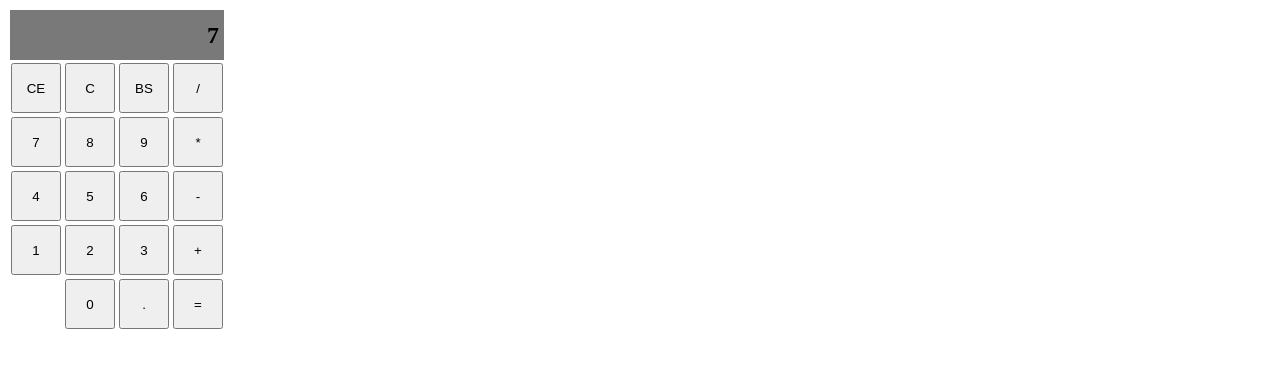
Repository: Doyoung-Park/JSP_Servlet
Page: http://localhost/JSPPrj/calculator.jsp
The author's editor kept a copy of each file at every save. The page is drawn from the files as they stood at one save, then again after the next save.
The browser window is 1280 px wide. The pictures show the whole page.
The page is served by Tomcat 9. Nobody is signed in. The application's start-up code is not run. Other server files are loaded and not shown.

Above is the page before, as saved 2022-01-20 05:14:15.

### workspace/JSPPrj/src/main/webapp/calculator.jsp
<!DOCTYPE html>
<html>
<head>
<meta charset="UTF-8">
<title>Insert title here</title>
<style>
input{
	width:50px;
	height:50px;
}
.output{
	height:50px;
	background:#797979;
	font-size:24px;
	font-weight:bold;
	text-align:right;
	padding: 0px 5px;
}
</style>
</head>
<body>
	<div>
		<form action="calc3" method="post">

		 	<table>
		 		<tr>
		 			<td class="output" colspan="4">${3+4}</td>
		 		</tr>
		 		<tr>
		 			<td><input type="submit" name="operator" value="CE"/></td>
		 			<td><input type="submit" name="operator" value="C"/></td>
		 			<td><input type="submit" name="operator" value="BS"/></td>
		 			<td><input type="submit" name="operator" value="/"/></td>
		 		</tr>
		 		<tr>
		 			<td><input type="submit" name="value" value="7"/></td>
		 			<td><input type="submit" name="value" value="8"/></td>
		 			<td><input type="submit" name="value" value="9"/></td>
		 			<td><input type="submit" name="operator" value="*"/></td>
		 		</tr>
		 		<tr>
		 			<td><input type="submit" name="value" value="4"/></td>
		 			<td><input type="submit" name="value" value="5"/></td>
		 			<td><input type="submit" name="value" value="6"/></td>
		 			<td><input type="submit" name="operator" value="-"/></td>
		 		</tr>
		 		<tr>
		 			<td><input type="submit" name="value" value="1"/></td>
		 			<td><input type="submit" name="value" value="2"/></td>
		 			<td><input type="submit" name="value" value="3"/></td>
		 			<td><input type="submit" name="operator" value="+"/></td>
		 		</tr>
		 		<tr>
		 			<td></td>
		 			<td><input type="submit" name="value" value="0"/></td>
		 			<td><input type="submit" name="dot" value="."/></td>
		 			<td><input type="submit" name="operator" value="="/></td>

		 		</tr>
		 	</table>

		 </form>
	</div>

</body>
</html>

After the next save:
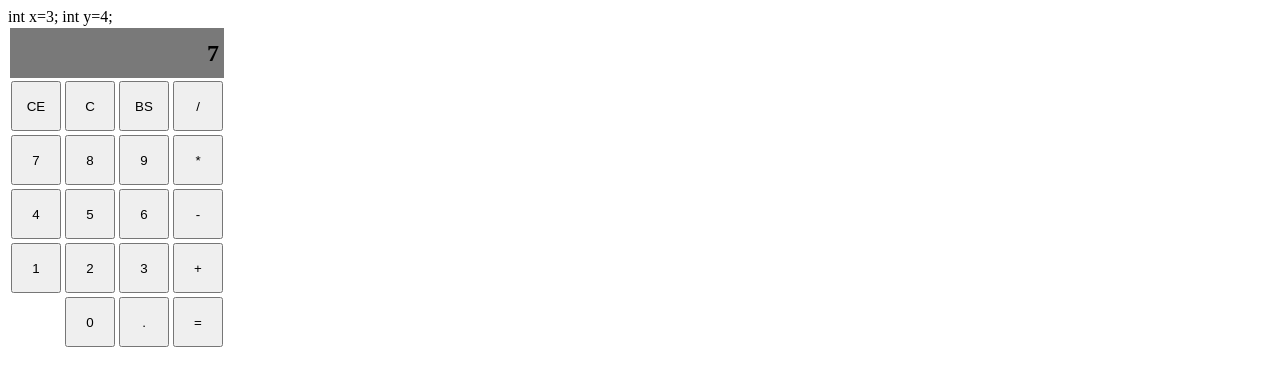
Saved 13 min 37 s later.
--- a/workspace/JSPPrj/src/main/webapp/calculator.jsp
+++ b/workspace/JSPPrj/src/main/webapp/calculator.jsp
@@ -1,3 +1,6 @@
+int x=3;
+int y=4;
+
 <!DOCTYPE html>
 <html>
 <head>

After the save that followed:
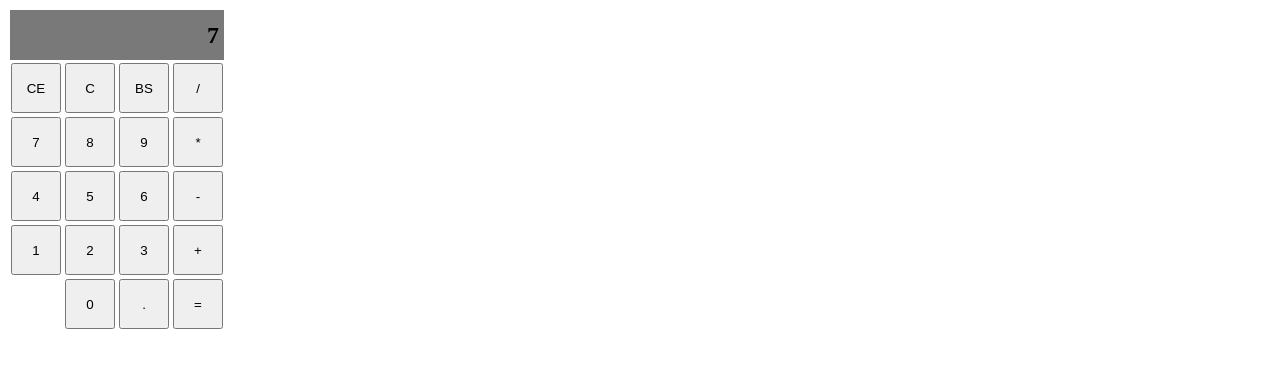
Saved 99 s later.
--- a/workspace/JSPPrj/src/main/webapp/calculator.jsp
+++ b/workspace/JSPPrj/src/main/webapp/calculator.jsp
@@ -1,6 +1,7 @@
+<%
 int x=3;
 int y=4;
-
+%>
 <!DOCTYPE html>
 <html>
 <head>
